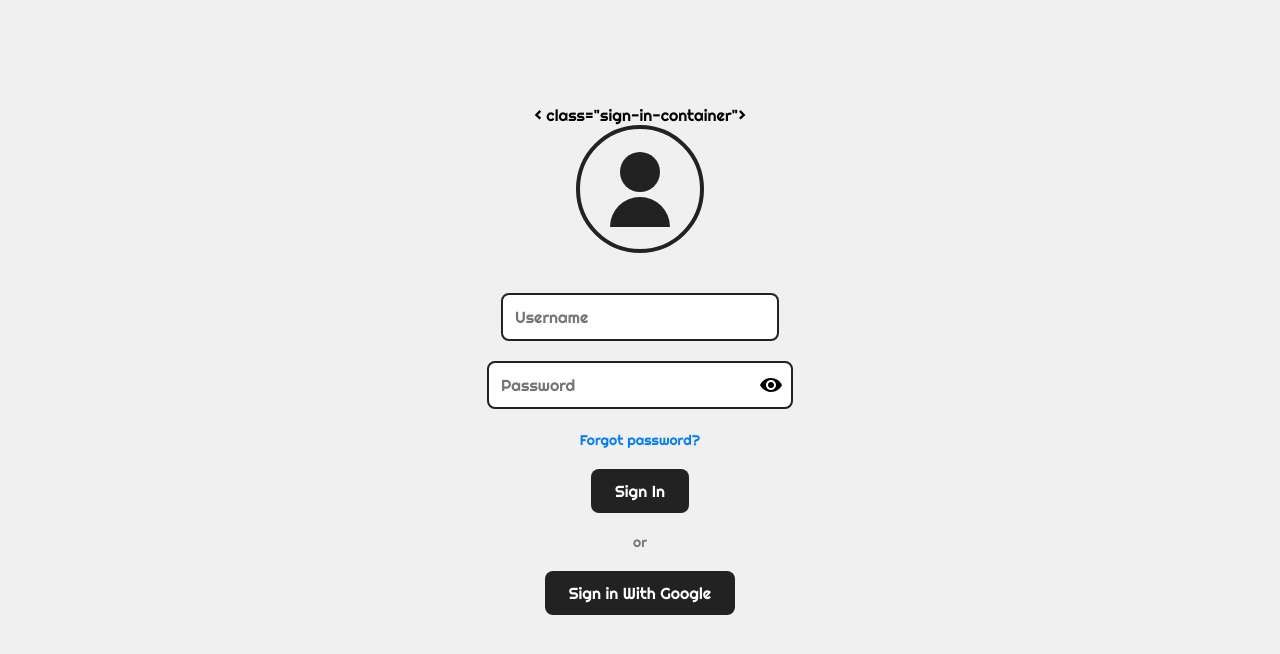
Repository: saifg123/Peer
Page: signin.html
The author's editor kept a copy of each file at every save. The page is drawn from the files as they stood at one save, then again after the next save.
The browser window is 1280 px wide. The pictures show the whole page.

Above is the page before, as saved 2025-05-19 19:45:50.

After the next save:
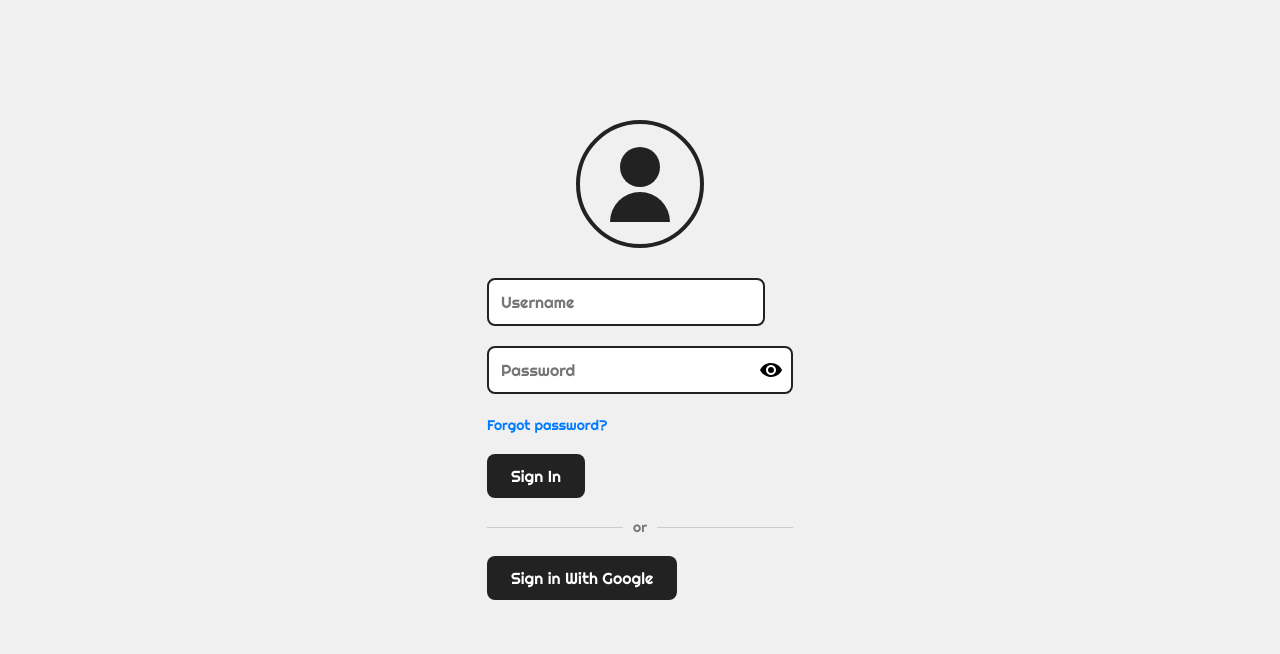
Saved 14 s later.
--- a/signin.html
+++ b/signin.html
@@ -183,7 +183,7 @@
     </style>
   </head>
   <body>
-    < class="sign-in-container">
+    <class="sign-in-container">
       <div class="guest-avatar-large">
         <div class="avatar-head"></div>
         <div class="avatar-body"></div>
